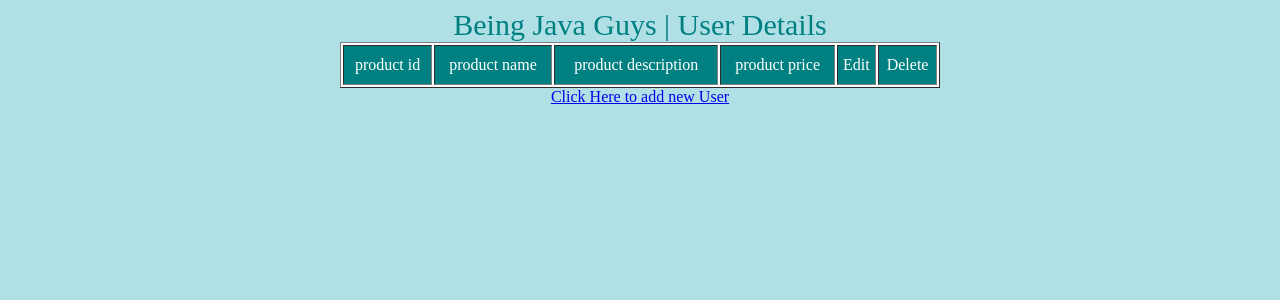
Repository: kalaivanan94/maven
Page: http://localhost/PetWorld/WEB-INF/view/list.jsp
An editor plug-in stored every save of this project. The page is shown before and after the next save, followed by the edit.
The browser window is 1280 px wide. The pictures show the whole page.
The page is served by Tomcat 9. Nobody is signed in. The template is opened directly, without the code that normally fills it, so the values that code supplies are empty.

Above is the page before, as saved 2016-09-09 04:34:47.

After the next save:
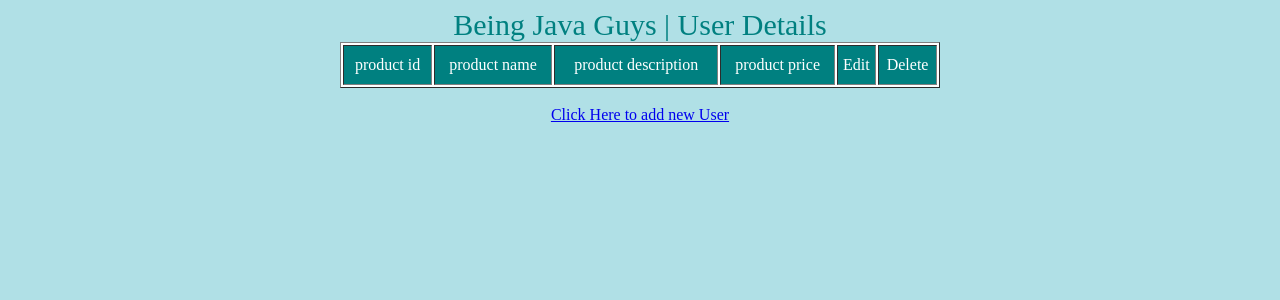
Saved 54 s later.
--- a/8th upload/mav/PetWorld/src/main/webapp/WEB-INF/view/list.jsp
+++ b/8th upload/mav/PetWorld/src/main/webapp/WEB-INF/view/list.jsp
@@ -37,7 +37,7 @@
 				</tr>
 			</c:forEach>
 		</table>
-		<%-- </c:if> --%>
+		<br>
 		<a href="form">Click Here to add new User</a>
 	</center>
 </body>
